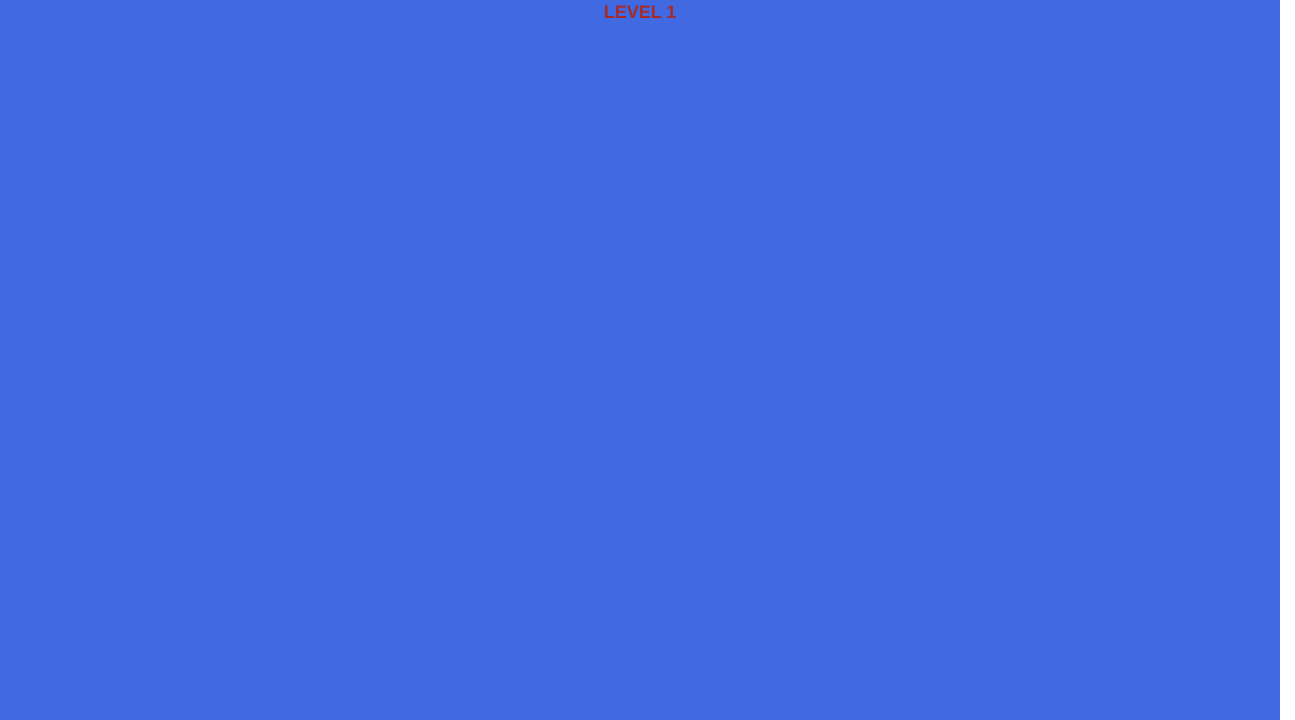
Repository: Shenba-Ps/Jsp-Servlet-B
Page: http://localhost/Test/Booking.jsp
These files come from the project's save history. The page is drawn as it stood at one moment and after the next save; the edit follows.
The browser window is 1280 px wide. The page is 1295 px wide, so the pictures cover 1295 px, including what lies to the right of the window. The pictures show the whole page.
The page is served by Tomcat 9. Other server files are loaded and not shown.

Above is the page before, as saved 2023-06-15 13:06:55.

### Test/src/main/webapp/Booking.jsp
<!DOCTYPE HTML><%@page language="java"
	contentType="text/html; charset=ISO-8859-1" pageEncoding="ISO-8859-1"%>
<html>
<head>
<title>Booking</title>
<meta http-equiv="Content-Type" content="text/html; charset=ISO-8859-1">
<link rel="stylesheet" href="Plugins/Boostrap.css">
<link rel="stylesheet" href="Script/Common.css">
<script src="Plugins/jQuery.js"></script>
<script src="Plugins/bootstrap.js"></script>
<script src="Script/Booking.js"></script>
</head>
<body>
	<div style="height: 100vh; background-color: #4169E1;">
		<div>
			<div class="Title form-group" style="text-align: center;">LEVEL 1</div>
			<div class="row">
				<div class="col-md-2 Slot Free"></div>
			</div>
		</div>
		<!-- Modal -->
		<div class="modal fade" data-backdrop="static" id="mdlCustomerDetail"
			role="dialog">
			<div class="modal-dialog" style="width: 70%;">
				<!-- Modal content-->
				<div class="modal-content">
					<div class="modal-body">
						<div class="Title form-group" style="text-align: center;">Please
							enter your booking information</div>
						<div class="row form-group">
							<div class="col-xs-3 RightAlign">
								<label>Name</label>
							</div>
							<div class="col-xs-6">
								<input class="form-control" type="text" id="idName"
									name="nmName">
								<div class="ControlErrorMessage" id="errName"></div>
							</div>
						</div>
						<div class="row form-group">
							<div class="col-xs-3 RightAlign">
								<label>Address</label>
							</div>
							<div class="col-xs-6">
								<textarea class="form-control" id="idAddress" name="nmAddress"></textarea>
								<div class="ControlErrorMessage" id="errAddress"></div>
							</div>
						</div>
						<div class="row form-group">
							<div class="col-xs-3 RightAlign">
								<label>NRIC</label>
							</div>
							<div class="col-xs-6">
								<input class="form-control" type="text" id="idNRIC"
									name="nmNRIC">
								<div class="ControlErrorMessage" id="errNRIC"></div>
							</div>
						</div>
						<div class="row form-group">
							<div class="col-xs-3 RightAlign">
								<label>Usage Trade</label>
							</div>
							<div class="col-xs-6">
								<select class="form-control" name="UsageTrade" id="idUsageTrade">
									<option value="Credit Card Promotion">Credit Card
										Promotion</option>
									<option value="F&B">F&B</option>
									<option value="Hairdressing">Hairdressing</option>
									<option value="Clothing">Clothing</option>
									<option value="Others">Others</option>
								</select>
								<div class="ControlErrorMessage" id="errUserTrade"></div>
							</div>
						</div>
						<div class="row form-group">
							<div class="col-xs-3 RightAlign">
								<label>Others</label>
							</div>
							<div class="col-xs-6">
								<input class="form-control" type="text" id="idOthers"
									name="nmOthers">
								<div class="ControlErrorMessage" id="errOthers"></div>
							</div>
						</div>
						<div class="row form-group">
							<div class="col-xs-3 RightAlign">
								<label>Email</label>
							</div>
							<div class="col-xs-6">
								<input class="form-control" type="text" id="idEmail"
									name="nmEmail">
								<div class="ControlErrorMessage" id="errEmail"></div>
							</div>
						</div>
						<div class="row form-group">
							<div class="col-xs-3 RightAlign">
								<label>Home</label>
							</div>
							<div class="col-xs-6">
								<input class="form-control PhoneNumber" type="text"
									id="idHomeTel" name="nmHome" maxlength="8">
								<div class="ControlErrorMessage" id="errHomeTel"></div>
							</div>
						</div>
						<div class="row form-group">
							<div class="col-xs-3 RightAlign">
								<label>Office</label>
							</div>
							<div class="col-xs-6">
								<input class="form-control PhoneNumber" type="text"
									id="idOfficeTel" name="nmOffice" maxlength="8">
								<div class="ControlErrorMessage" id="errOfficeTel"></div>
							</div>
						</div>
						<div class="row form-group">
							<div class="col-xs-3 RightAlign">
								<label>Mobile</label>
							</div>
							<div class="col-xs-6">
								<input class="form-control PhoneNumber" type="text"
									id="idMobile" name="nmMobile" maxlength="8">
								<div class="ControlErrorMessage" id="errMobile"></div>
							</div>
						</div>
						<div class="row form-group">
							<div class="col-xs-3 RightAlign">
								<label>Booking Date</label>
							</div>
							<div class="col-xs-6">
								<input class="form-control" type="date" id="idBookingDate"
									name="nmBookingDate">
								<div class="ControlErrorMessage" id="errBookingDate"></div>
							</div>
						</div>
					</div>
					<div class="modal-footer">
						<button type="button" class="btn btn-primary"
							onclick="onclickBookSlot()">Book Slot</button>
						<button type="button" class="btn btn-primary" id="btnBookSlot"
							style="display: none;"></button>
						<div class="ControlErrorMessage" id="errBookingSlot"></div>
					</div>
				</div>
			</div>
		</div>
	</div>
</body>
</html>

### Test/src/main/webapp/Script/Common.css
.Title {
	font-size: 18px;
	color: brown;
	font-weight: bold;
}

.RightAlign {
	text-align: center;
}

.ControlError {
	border: 2px solid red;
}

.ControlErrorMessage {
	color: red;
	font-weight: 600;
}

### Test/src/main/webapp/Script/Booking.js
$(function() {
	//OpenCustomerDetail();
});

function OpenCustomerDetail() {
	$('#mdlCustomerDetail').modal('show');
}

function onclickBookSlot() {
	$('#idName').removeClass("ControlError");
	$('#errName').hide();
	$('#idAddress').removeClass("ControlError");
	$('#errAddress').hide();
	$('#idNRIC').removeClass("ControlError");
	$('#errNRIC').hide();
	$('#idUsageTrade').removeClass("ControlError");
	$('#errUsageTrade').hide();
	$('#idOthers').removeClass("ControlError");
	$('#errOthers').hide();
	$('#idEmail').removeClass("ControlError");
	$('#errEmail').hide();
	$('#idHomeTel').removeClass("ControlError");
	$('#errHomeTel').hide();
	$('#idNOfficeTel').removeClass("ControlError");
	$('#errOfficeTel').hide();
	$('#idMobile').removeClass("ControlError");
	$('#errMobile').hide();
	$('#idBookingDate').removeClass("ControlError");
	$('#errBookingDate').hide();
	if ($('#idName').val() == "") {
		$('#idName').addClass("ControlError");
		$('#errName').html("* Please enter your name");
		$('#errName').show();
	}
	if ($('#idAddress').val() == "") {
		$('#idAddress').addClass("ControlError");
		$('#errAddress').html("* Please enter your address");
		$('#errAddress').show();
	}
	if ($('#idNRIC').val() == "") {
		$('#idNRIC').addClass("ControlError");
		$('#errNRIC').html("* Please enter your NRIC");
		$('#errNRIC').show();
	}
	if ($('#idUsageTrade').val() == "") {
		$('#idUsageTrade').addClass("ControlError");
		$('#errUsageTrade').html("* Please select usage trade");
		$('#errUsageTrade').show();
	}
	if ($('#idOthers').val() == "") {
		$('#idOthers').addClass("ControlError");
		$('#errOthers').html("* Please enter usage trade details");
		$('#errOthers').show();
	}
	if ($('#idEmail').val() == "") {
		$('#idEmail').addClass("ControlError");
		$('#errEmail').html("* Please enter your email");
		$('#errEmail').show();
	}
	if ($('#idHomeTel').val() == "") {
		$('#idHomeTel').addClass("ControlError");
		$('#errHomeTel').html("* Please enter your home number");
		$('#errHomeTel').show();
	}
	if ($('#idOfficeTel').val() == "") {
		$('#idOfficeTel').addClass("ControlError");
		$('#errOfficeTel').html("* Please enter your office number");
		$('#errOfficeTel').show();
	}
	if ($('#idMobile').val() == "") {
		$('#idMobile').addClass("ControlError");
		$('#errMobile').html("* Please enter your mobile number");
		$('#errMobile').show();
	}
	if ($('#idBookingDate').val() == "") {
		$('#idBookingDate').addClass("ControlError");
		$('#errBookingDate').html("* Please select booking date");
		$('#errBookingDate').show();
	}
}

Loaded but not shown: Test/src/main/webapp/Plugins/Boostrap.css (library); Test/src/main/webapp/Plugins/jQuery.js (library); Test/src/main/webapp/Plugins/bootstrap.js (library)

After the next save:
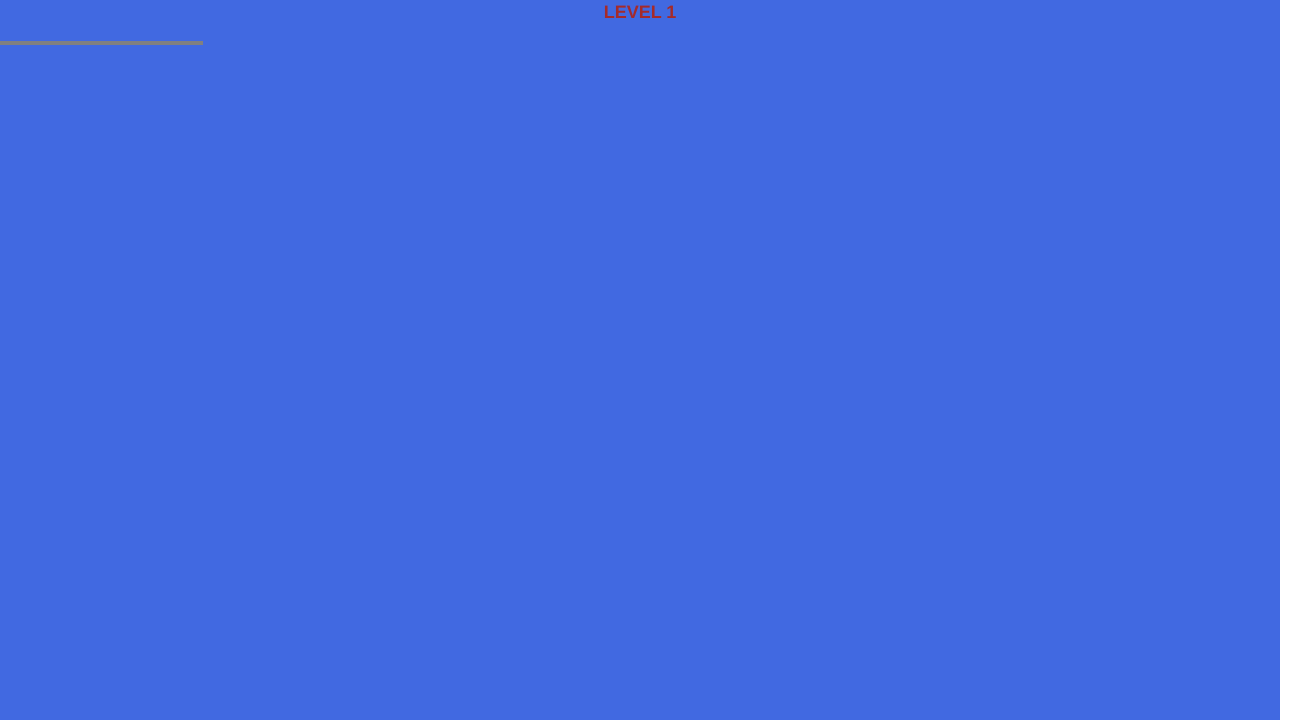
Saved 2 min 58 s later.
--- a/Test/src/main/webapp/Script/Common.css
+++ b/Test/src/main/webapp/Script/Common.css
@@ -16,3 +16,7 @@
 	color: red;
 	font-weight: 600;
 }
+
+.Slot {
+  border: 2px solid gray;
+}
